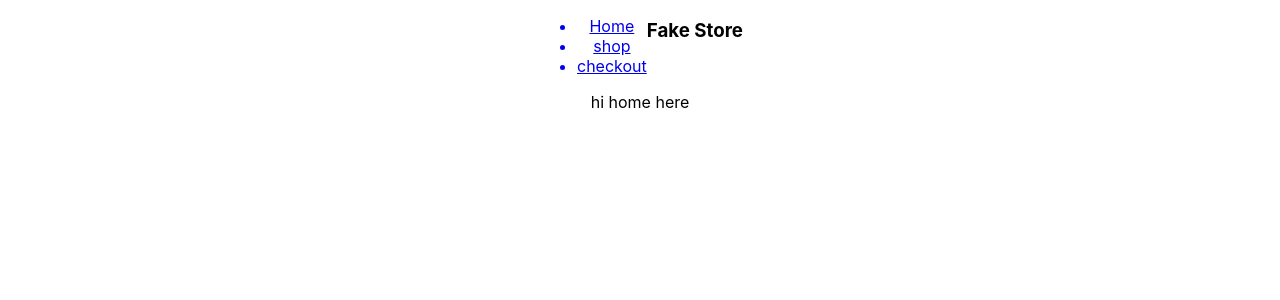
Repository: 0101chaitanya/shopping-cart
Page: /
The author's editor kept a copy of each file at every save. The page is drawn from the files as they stood at one save, then again after the next save.
The browser window is 1280 px wide. The pictures show the whole page.
Some web libraries are served in a nearby version. The project was rebuilt for these pictures with package versions that can differ from the ones it lists, and the page was loaded fresh each time. Also part of the build but not shown: src/components/Book.js, src/components/Shop.js, src/components/Checkout.js.

Above is the page before, as saved 2021-08-03 17:39:41.

### public/index.html
<!DOCTYPE html>
<html lang="en">

  <head>
    <meta charset="utf-8" />
    <link rel="icon" href="%PUBLIC_URL%/favicon.ico" />
    <meta name="viewport" content="width=device-width, initial-scale=1" />
    <meta name="theme-color" content="#000000" />
    <meta name="description" content="Web site created using create-react-app" />
    <link rel="apple-touch-icon" href="%PUBLIC_URL%/logo192.png" />
    <!--
      manifest.json provides metadata used when your web app is installed on a
      user's mobile device or desktop. See https://developers.google.com/web/fundamentals/web-app-manifest/
    -->
    <link rel="manifest" href="%PUBLIC_URL%/manifest.json" />
    <!--
      Notice the use of %PUBLIC_URL% in the tags above.
      It will be replaced with the URL of the `public` folder during the build.
      Only files inside the `public` folder can be referenced from the HTML.

      Unlike "/favicon.ico" or "favicon.ico", "%PUBLIC_URL%/favicon.ico" will
      work correctly both with client-side routing and a non-root public URL.
      Learn how to configure a non-root public URL by running `npm run build`.
    -->
    <script src="https://kit.fontawesome.com/3dcaf9f6de.js" crossorigin="anonymous"></script>
    <title>React App</title>
  </head>

  <body>
    <noscript>You need to enable JavaScript to run this app.</noscript>
    <div id="root"></div>
    <!--
      This HTML file is a template.
      If you open it directly in the browser, you will see an empty page.

      You can add webfonts, meta tags, or analytics to this file.
      The build step will place the bundled scripts into the <body> tag.

      To begin the development, run `npm start` or `yarn start`.
      To create a production bundle, use `npm run build` or `yarn build`.
    -->
  </body>

</html>

### src/App.js
import "./App.css";
import React from "react";
import { BrowserRouter as Router, Route, Switch } from "react-router-dom";
import Nav from "./components/Nav";
import Home from "./components/Home";
import Shop from "./components/Shop";
import Checkout from "./components/Checkout";
function App() {
  return (
    <Router>
      <div className="App">
        <Nav />

        <Switch>
          <Route path="/" exact component={Home} />
          <Route path="/shop" exact component={Shop} />
          <Route path="/checkout" exact component={Checkout} />
        </Switch>
      </div>
    </Router>
  );
}

export default App;

### src/App.css
.App {
  text-align: center;
}
html,
body,
.App {
  display: flex;
  flex-direction: column;
  justify-content: center;
  align-items: center;
}
nav {
  display: grid;
  grid-template-areas:
    ". h3 ."
    "ul . .";
}
nav > h3 {
  grid-area: h3;
  position: relative;
}

### src/components/Nav.js
import React, { useState, useEffect } from "react";
import { Link } from "react-router-dom";
const Nav = () => {
  return (
    <nav>
      <h3>Fake Store</h3>
      <ul className="nav-links">
        <Link className="links" to="/">
          <li>Home</li>
        </Link>
        <Link className="links" to="/shop">
          <li>shop</li>
        </Link>
        <Link className="links" to="/checkout">
          <li>checkout</li>
        </Link>
      </ul>
    </nav>
  );
};
export default Nav;

### src/components/Home.js
import React, { useState, useEffect } from "react";

const Home = () => {
  return <div>hi home here</div>;
};
export default Home;

Loaded but not shown: src/index.js (common file); src/index.css (common file); src/reportWebVitals.js (common file)

After the next save:
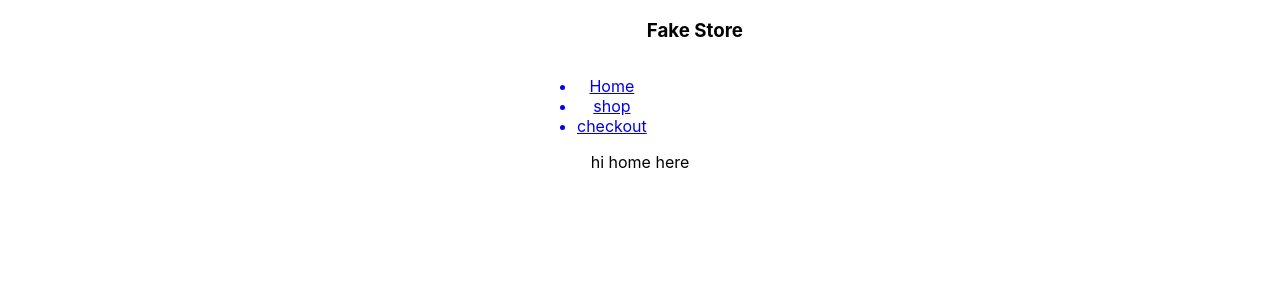
Saved 19 s later.
--- a/src/App.css
+++ b/src/App.css
@@ -19,3 +19,6 @@ nav > h3 {
   grid-area: h3;
   position: relative;
 }
+nav > ul {
+  grid-area: ul;
+}
